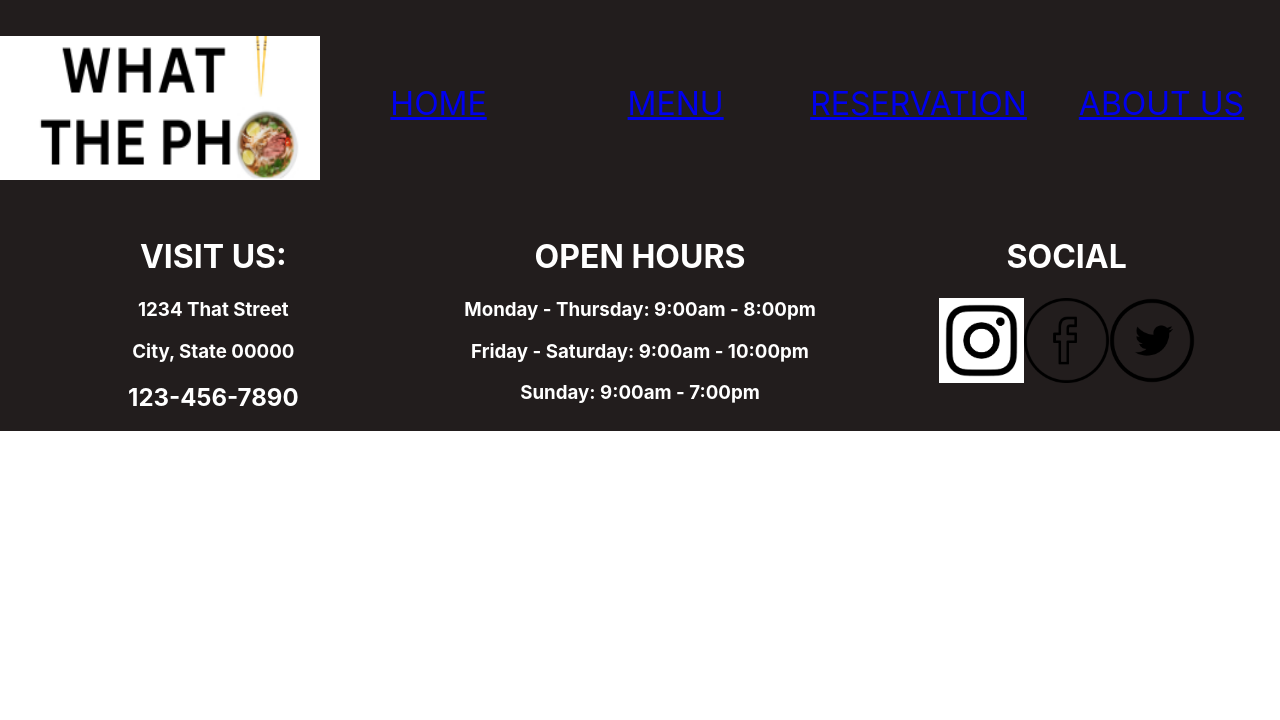
Repository: NguyenkhDang/Restaurant-Website
Page: /contactUs
The author's editor kept a copy of each file at every save. The page is drawn from the files as they stood at one save, then again after the next save.
The browser window is 1280 px wide. The pictures show the whole page.
The project was rebuilt for these pictures with package versions that can differ from the ones it lists, and the page was loaded fresh each time. Also part of the build but not shown: src/CSS/Readmore.css, src/Readmore.js, src/CSS/SectionContainer.css, src/SectionContainer.js, src/CSS/Home.css, src/Pages/HomePage.js, src/Pages/MenuPage.js, src/CSS/ReservationForm.css and 4 more.

Above is the page before, as saved 2026-01-18 21:03:45.

After the next save:
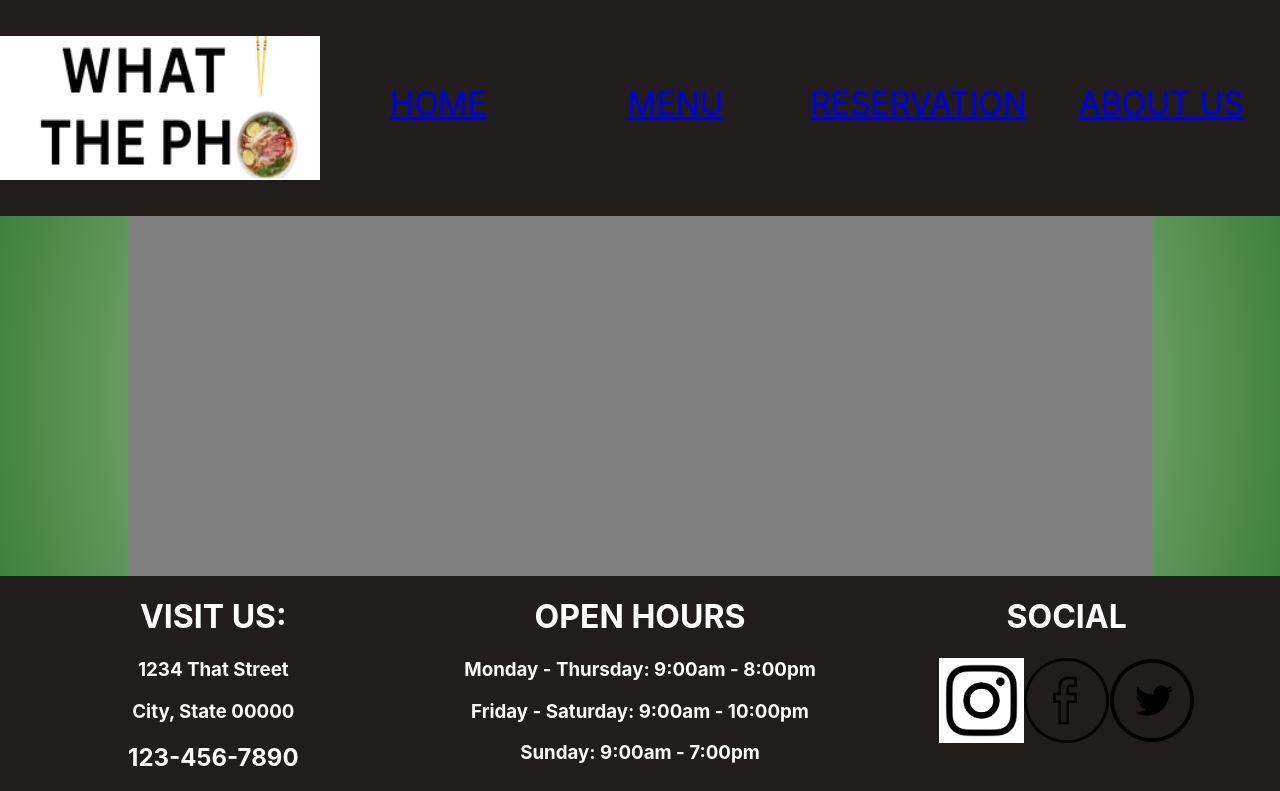
Saved 27 s later.
--- a/src/Pages/ContactUsPage.js
+++ b/src/Pages/ContactUsPage.js
@@ -1,9 +1,11 @@
 import InstagramIcon from "../image/instagramIcon.png"
 import FacebookIcon from "../image/facebookIcon.png"
 import TwitterIcon from "../image/twitterIcon.png"
+import "../CSS/ContactUs.css"
+
 const ContactUsPage = () =>{
   return (
-    <div>
+    <div className="contactUsPage">
 
     </div>
   )
